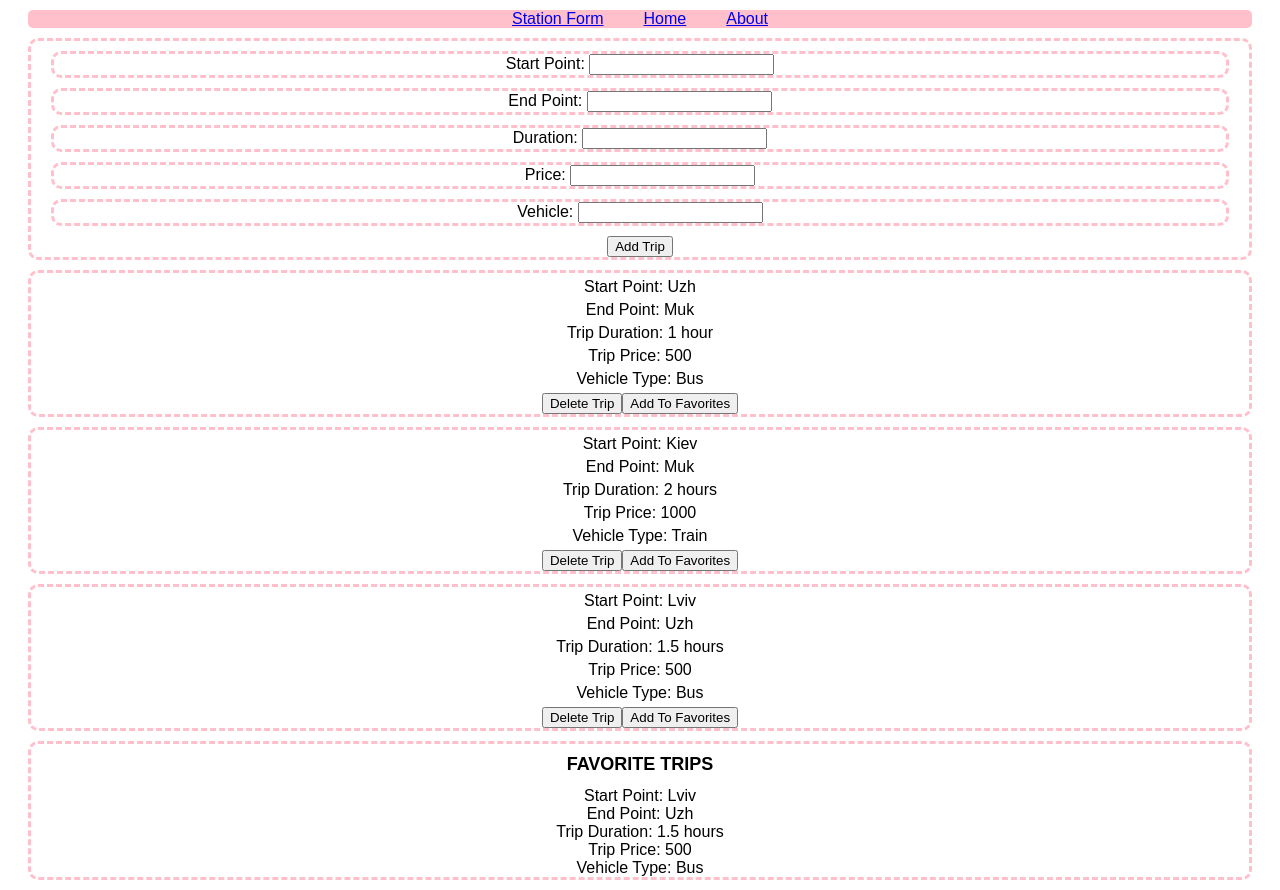
Repository: rutsguifd/mkr2
Page: /#/station-form
The author's editor kept a copy of each file at every save. The page is drawn from the files as they stood at one save, then again after the next save.
The browser window is 1280 px wide. The pictures show the whole page.
The project was rebuilt for these pictures with package versions that can differ from the ones it lists, and the page was loaded fresh each time. Also part of the build but not shown: src/views/Home.vue, src/views/About.vue.

Above is the page before, as saved 2021-12-21 23:20:05.

### src/App.vue
<template>
  <div>
    <router-view />
  </div>
</template>

<script>
  export default {

  }
</script>

<style lang="scss" scoped>

</style>

### src/router/index.js
import { createRouter, createWebHashHistory } from 'vue-router'
import Home from '../views/Home.vue'
import About from '../views/About.vue'
import StationForm from '../views/StationForm.vue'


const routes = [
  {
    path: '/',
    name: 'Home',
    component: Home
  },
  {
    path: '/about',
    name: 'About',
    component: About
  },
  {
    path: '/station-form',
    name: 'StationForm',
    component: StationForm
  }
]

const router = createRouter({
  history: createWebHashHistory(),
  routes
})

export default router

### src/store/index.js
import { createStore } from 'vuex'

export default createStore({
  state: {
    tripInfo: [
      {
        id: 1,
        tripStart: "Uzh",
        tripEnd: "Muk",
        tripDuration: "1 hour",
        tripPrice: "500",
        vehicle: "Bus"
      },
      {
        id: 2,
        tripStart: "Kiev",
        tripEnd: "Muk",
        tripDuration: "2 hours",
        tripPrice: "1000",
        vehicle: "Train"
      },
      {
        id: 3,
        tripStart: "Lviv",
        tripEnd: "Uzh",
        tripDuration: "1.5 hours",
        tripPrice: "500",
        vehicle: "Bus"
      }
    ],
    favoriteTrips: [
      {
        id: 3,
        tripStart: "Lviv",
        tripEnd: "Uzh",
        tripDuration: "1.5 hours",
        tripPrice: "500",
        vehicle: "Bus"
      }
    ]
  },
  mutations: {
    addTrip(state, trip) {
      state.tripInfo.push({
        tripStart: trip.start,
        tripEnd: trip.end,
        tripDuration: trip.dur,
        tripPrice: trip.price,
        vehicle: trip.veh
      })
    },
    deleteTrip(state, ind) {
      state.tripInfo.splice(ind, 1)
    },
    updateFavorites(state, fav) {
      state.favoriteTrips.push(fav)
      console.log(state.favoriteTrips)
    }
  },
  actions: {
    addToFavorites(context, trip) {
      let fav = {
        id: trip.id,
        tripStart: trip.start,
        tripEnd: trip.end,
        tripDuration: trip.dur,
        tripPrice: trip.price,
        vehicle: trip.veh
      }
      context.commit("updateFavorites", fav)
      //console.log(context.state.favoriteTrips)
    }
  },
  getters: {
    AllTrips(state) {
      return state.tripInfo
    },
    AllFavoriteTrips(state) {
      return state.favoriteTrips
    }
  }
})

### src/views/StationForm.vue
<template>
  <div>
    <Header />
    <AddTrip />
    <trip-card v-for="(trip, ind) in AllTrips" :key="ind" :trip="trip" />
    <favorite-trips
      v-for="trip in AllFavoriteTrips"
      :key="trip.id"
      :trip="trip"
    />
  </div>
</template>

<script>
import { mapGetters } from "vuex";
import FavoriteTrips from "../components/FavoriteTrips.vue";
import AddTrip from "../components/AddTrip.vue";
import Header from "../components/Header.vue";
import TripCard from "../components/TripCard.vue";
export default {
  name: "StationForm",
  components: {
    TripCard,
    Header,
    AddTrip,
    FavoriteTrips,
  },
  computed: {
    ...mapGetters(["AllFavoriteTrips"]),
    ...mapGetters(["AllTrips"]),
  },
};
</script>

<style lang="scss" scoped>
* {
  margin: 0;
  padding: 0;
  box-sizing: border-box;
  font-family: "Fira Sans", sans-serif;
}
</style>

### src/components/Header.vue
<template>
  <div class="header">
    <span><router-link to="/station-form">Station Form</router-link></span>
    <span><router-link to="/">Home</router-link></span>
    <span><router-link to="/about">About</router-link></span>
  </div>
</template>

<script>
export default {};
</script>

<style lang="scss" scoped>
.header{
    text-align: center;
    margin: 10px 20px;
    background: pink;
    border-radius: 5px;
    span{
        margin: 0px 20px;
    }
}
</style>

### src/components/FavoriteTrips.vue
<template>
  <div class="fav">
    <h1>FAVORITE TRIPS</h1>
    <div>Start Point: {{ trip.tripStart }}</div>
    <div>End Point: {{ trip.tripEnd }}</div>
    <div>Trip Duration: {{ trip.tripDuration }}</div>
    <div>Trip Price: {{ trip.tripPrice }}</div>
    <div>Vehicle Type: {{ trip.vehicle }}</div>
  </div>
</template>

<script>
export default {
  name: "FavoriteTrips",
  props: ["trip"]
};
</script>

<style lang="scss" scoped>
.fav{
    margin: 10px 20px;
    text-align: center;
    border: 3px dashed pink;
    border-radius: 10px;
    h1{
        font-size: 18px;
        margin-top: 10px;
    }
}
</style>

### src/components/AddTrip.vue
<template>
  <div class="add">
    <div>
      <label>
        Start Point:
        <input type="text" v-model="tripStart" />
      </label>
    </div>
    <div>
      <label>
        End Point:
        <input type="text" v-model="tripEnd" />
      </label>
    </div>
    <div>
      <label>
        Duration:
        <input type="text" v-model="tripDuration" />
      </label>
    </div>
    <div>
      <label>
        Price:
        <input type="text" v-model="tripPrice" />
      </label>
    </div>
    <div>
      <label>
        Vehicle:
        <input type="text" v-model="vehicle" />
      </label>
    </div>
    <button @click="add">Add Trip</button>
  </div>
</template>

<script>
import { mapMutations } from "vuex";
export default {
  data() {
    return {
      tripStart: "",
      tripEnd: "",
      tripDuration: "",
      tripPrice: "",
      vehicle: "",
    };
  },
  methods: {
    ...mapMutations(["addTrip"]),
    add() {
      this.addTrip({
        id: Date.now(),
        start: this.tripStart,
        end: this.tripEnd,
        dur: this.tripDuration,
        price: this.tripPrice,
        veh: this.vehicle,
      }),
        (this.tripStart = "");
      this.tripEnd = "";
      this.tripDuration = "";
      this.tripPrice = "";
      this.vehicle = "";
    },
  },
};
</script>

<style lang="scss" scoped>
.add {
    border: 3px dashed pink;
    border-radius: 10px;
    margin: 10px 20px;
    text-align: center;
  div {
      border: 3px dashed pink;
    border-radius: 10px;
    margin: 10px 20px;
  }
}
</style>

### src/components/TripCard.vue
<template>
  <div>
    <div class="card">
      <div>Start Point: {{ trip.tripStart }}</div>
      <div>End Point: {{ trip.tripEnd }}</div>
      <div>Trip Duration: {{ trip.tripDuration }}</div>
      <div>Trip Price: {{ trip.tripPrice }}</div>
      <div>Vehicle Type: {{ trip.vehicle }}</div>
      <button @click="del(ind)">Delete Trip</button>
      <button @click="favorite">Add To Favorites</button>
    </div>
  </div>
</template>

<script>
import { mapMutations, mapGetters, mapActions } from "vuex";
export default {
  name: "TripCard",
  props: ["trip"],
  methods: {
    ...mapMutations(["deleteTrip"]),
    ...mapActions(["addToFavorites"]),
    del(ind) {
      this.deleteTrip(ind);
    },
    favorite() {
        this.addToFavorites({
        id: Date.now(),
        start: this.trip.tripStart,
        end: this.trip.tripEnd,
        dur: this.trip.tripDuration,
        price: this.trip.tripPrice,
        veh: this.trip.vehicle,
        })
    }
  },
  computed: mapGetters(["AllTrips"]),
};
</script>

<style lang="scss" scoped>
.card {
  text-align: center;
  margin: 10px 20px;
  border: 3px dashed pink;
  border-radius: 10px;
  div {
    margin: 5px 0px;
  }
}
</style>

Loaded but not shown: public/index.html (common file); src/main.js (common file)

After the next save:
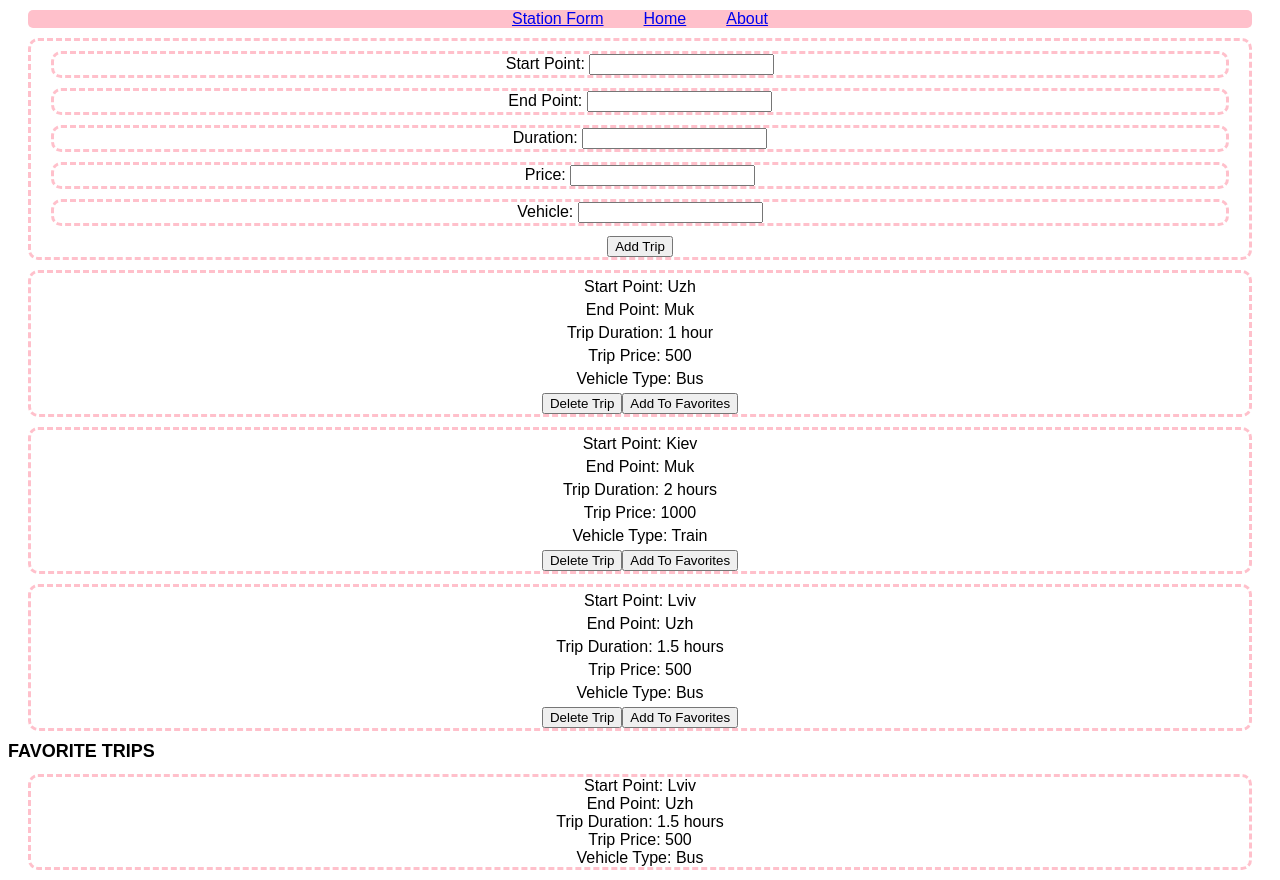
Saved 24 s later.
--- a/src/components/FavoriteTrips.vue
+++ b/src/components/FavoriteTrips.vue
@@ -1,6 +1,6 @@
 <template>
+  <h1>FAVORITE TRIPS</h1>
   <div class="fav">
-    <h1>FAVORITE TRIPS</h1>
     <div>Start Point: {{ trip.tripStart }}</div>
     <div>End Point: {{ trip.tripEnd }}</div>
     <div>Trip Duration: {{ trip.tripDuration }}</div>
@@ -12,19 +12,19 @@
 <script>
 export default {
   name: "FavoriteTrips",
-  props: ["trip"]
+  props: ["trip"],
 };
 </script>
 
 <style lang="scss" scoped>
-.fav{
-    margin: 10px 20px;
-    text-align: center;
-    border: 3px dashed pink;
-    border-radius: 10px;
-    h1{
-        font-size: 18px;
-        margin-top: 10px;
-    }
+  h1 {
+    font-size: 18px;
+    margin-top: 10px;
+  }
+.fav {
+  margin: 10px 20px;
+  text-align: center;
+  border: 3px dashed pink;
+  border-radius: 10px;
 }
 </style>
